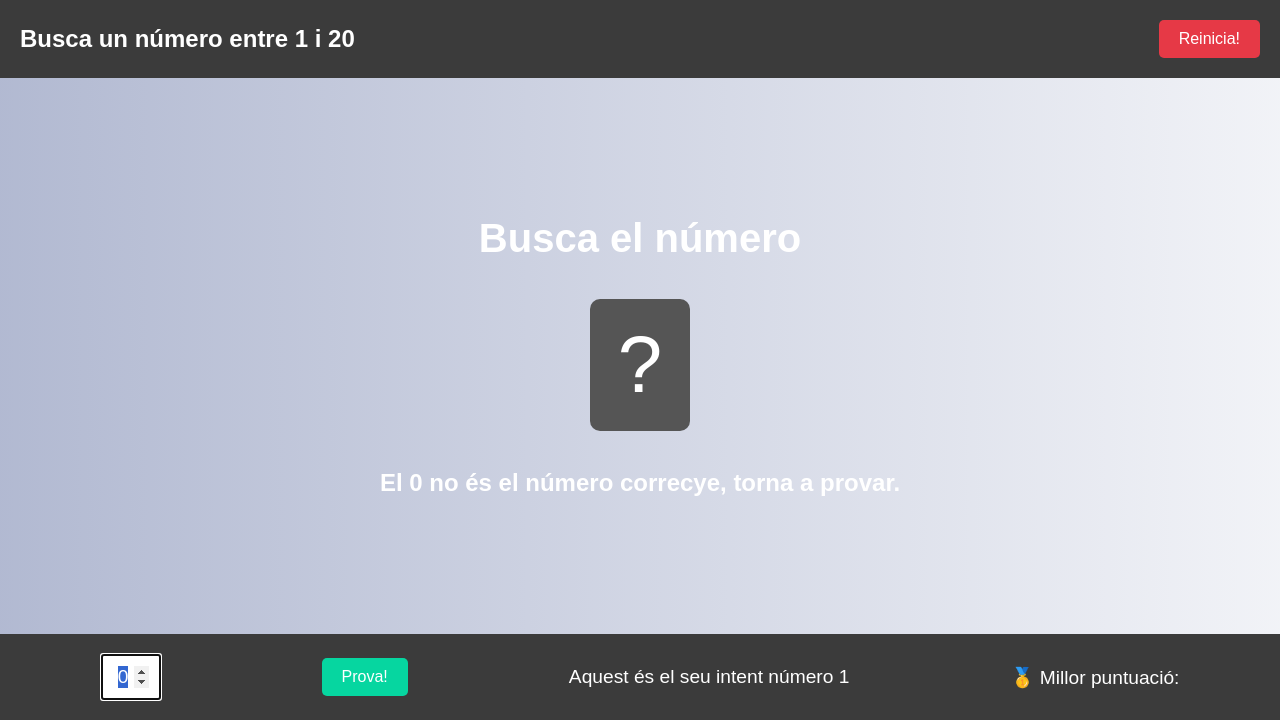
Repository: rdalmau23/M06_01
Page: index.html
An editor plug-in stored every save of this project. The page is shown before and after the next save, followed by the edit.
The browser window is 1280 px wide. The pictures show the whole page.
After loading, the first visible `#play` was clicked once.

Above is the page before, as saved 2024-10-11 12:14:26.

After the next save:
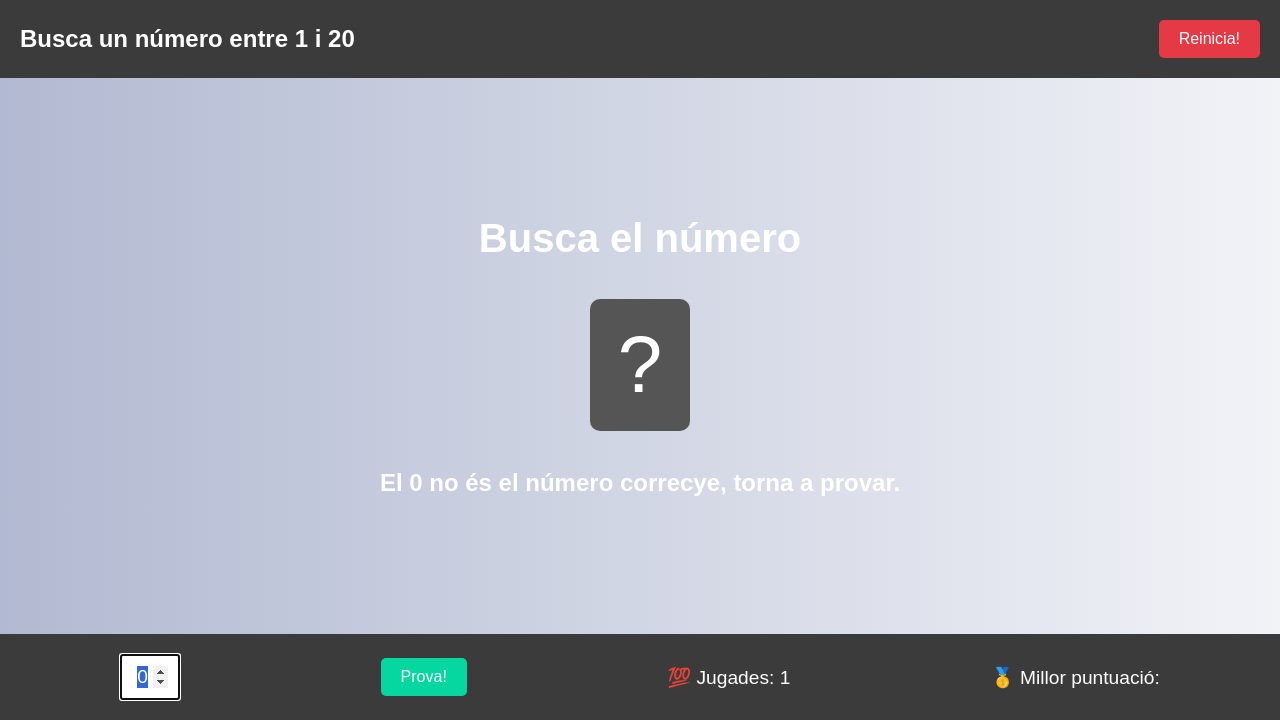
Saved 54 s later.
--- a/script.js
+++ b/script.js
@@ -15,7 +15,7 @@ function playGame(){
         document.getElementById("display-num").innerHTML = numero1;
     }
 
-    document.getElementById("display-jugades").innerHTML = `Aquest és el seu intent número ${intents}`
+    document.getElementById("display-jugades").innerHTML = `💯 Jugades: ${intents}`
     document.getElementById("display-result").innerHTML = `${sortida}`
     document.getElementById("num").select();
 }
